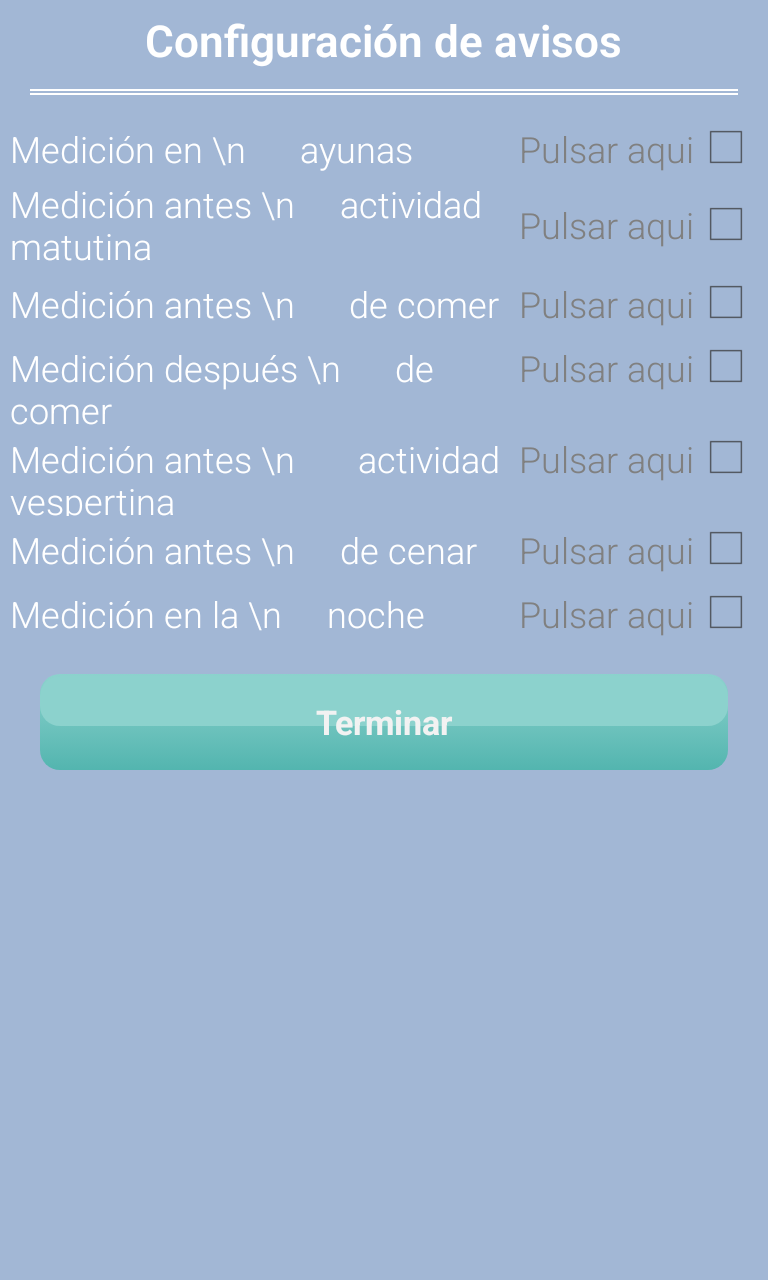
Repository: HectorGarciaMiguel/ssii-diabetes-060036
Layout: SeguimientoDiabetes/res/layout/activity_configuracion4.xml
An editor plug-in stored every save of this project. The layout is shown before and after the next save, followed by the edit.
It is drawn on a 768 x 1280 px phone screen (xhdpi) without system bars, with theme AppTheme; the app's code is not run.

Above is the layout before, as saved 2015-11-20 10:11:21.

### SeguimientoDiabetes/res/layout/activity_configuracion4.xml
<ScrollView xmlns:android="http://schemas.android.com/apk/res/android"
    xmlns:tools="http://schemas.android.com/tools"
    android:layout_width="fill_parent"
    android:layout_height="fill_parent"
    android:orientation="vertical">

    <LinearLayout
    	android:layout_width="fill_parent"
    	android:layout_height="fill_parent"
    	android:orientation="vertical"
    	android:layout_margin="5dp"
    	tools:context=".Configuracion4Activity" >

    <LinearLayout
        android:layout_width="fill_parent"
        android:layout_height="wrap_content"
        android:orientation="horizontal"
        android:gravity="center">

        <TextView
            android:id="@+id/textView1"
            android:layout_width="wrap_content"
            android:layout_height="wrap_content"
            android:text="Configuración de avisos"
            style="@style/RobotoStyleTextViewNegrita" />

    </LinearLayout>

          <View
              android:layout_width="wrap_content"
              android:layout_height="1dp"
              android:layout_marginBottom="1dp"
              android:layout_marginLeft="10dp"
              android:layout_marginRight="10dp"
              android:layout_marginTop="10dp"
              android:background="#FFFFFF" />

          <View
              android:layout_width="wrap_content"
              android:layout_height="1dp"
              android:layout_marginBottom="10dp"
              android:layout_marginLeft="10dp"
              android:layout_marginRight="10dp"
              android:background="#FFFFFF" />

 <TableLayout
        android:shrinkColumns="0"
        android:stretchColumns="1,2,3"
        android:layout_width="wrap_content"
        android:layout_height="wrap_content"
        android:dividerPadding="7dp" >

    <TableRow
        android:layout_width="fill_parent"
        android:layout_height="wrap_content"
        android:layout_gravity="center"
        android:layout_weight="2">

        <TextView
            android:id="@+id/TextView06"
            android:layout_width="wrap_content"
            android:layout_height="wrap_content"
            android:text="Medición en \n      ayunas" />

        <TextView
            android:id="@+id/TextView1"
            android:layout_width="wrap_content"
            android:layout_height="wrap_content"
            android:hint="Pulsar aqui"
            android:inputType="time" />

        <CheckBox
            android:id="@+id/CheckBox06"
            android:layout_width="wrap_content"
            android:layout_height="wrap_content" />
    </TableRow>

    <TableRow
        android:layout_width="fill_parent"
        android:layout_height="wrap_content"
        android:gravity="center" >

        <TextView
            android:id="@+id/TextView05"
            android:layout_width="wrap_content"
            android:layout_height="wrap_content"
            android:text="Medición antes \n     actividad matutina" />

        <TextView
            android:id="@+id/TextView2"
            android:layout_width="wrap_content"
            android:layout_height="wrap_content"
            android:hint="Pulsar aqui"
            android:inputType="time" />

        <CheckBox
            android:id="@+id/CheckBox05"
            android:layout_width="wrap_content"
            android:layout_height="wrap_content" />
    </TableRow>


    <TableRow
        android:layout_width="fill_parent"
        android:layout_height="wrap_content"
        android:layout_gravity="center" >

        <TextView
            android:id="@+id/TextView03"
            android:layout_width="wrap_content"
            android:layout_height="wrap_content"
            android:text="Medición antes \n      de comer" />

       <TextView
           android:id="@+id/TextView3"
           android:layout_width="wrap_content"
           android:layout_height="wrap_content"
           android:hint="Pulsar aqui"
           android:inputType="time" />

        <CheckBox
            android:id="@+id/CheckBox03"
            android:layout_width="wrap_content"
            android:layout_height="wrap_content" />
    </TableRow>

    <TableRow
        android:layout_width="fill_parent"
        android:layout_height="wrap_content"
        android:layout_gravity="center" >

        <TextView
            android:id="@+id/TextView02"
            android:layout_width="wrap_content"
            android:layout_height="wrap_content"
            android:lines="2"
            android:text="Medición después \n      de comer" />

        <TextView
            android:id="@+id/TextView4"
            android:layout_width="wrap_content"
            android:layout_height="wrap_content"
            android:hint="Pulsar aqui"
            android:inputType="time" />

        <CheckBox
            android:id="@+id/CheckBox02"
            android:layout_width="wrap_content"
            android:layout_height="wrap_content" />
    </TableRow>

    <TableRow
        android:layout_width="fill_parent"
        android:layout_height="wrap_content"
        android:layout_gravity="center" >

        <TextView
            android:id="@+id/TextView01"
            android:layout_width="wrap_content"
            android:layout_height="wrap_content"
            android:lines="2"
            android:text="Medición antes \n       actividad vespertina" />

        <TextView
            android:id="@+id/TextView5"
            android:layout_width="wrap_content"
            android:layout_height="wrap_content"
            android:hint="Pulsar aqui"
            android:inputType="time" />

        <CheckBox
            android:id="@+id/CheckBox01"
            android:layout_width="wrap_content"
            android:layout_height="wrap_content" />
    </TableRow>

    <TableRow
        android:layout_width="fill_parent"
        android:layout_height="wrap_content"
        android:layout_gravity="center">

        <TextView
            android:id="@+id/TextView07"
            android:layout_width="wrap_content"
            android:layout_height="wrap_content"
            android:text="Medición antes \n     de cenar" />

        <TextView
            android:id="@+id/TextView6"
            android:layout_width="wrap_content"
            android:layout_height="wrap_content"
            android:hint="Pulsar aqui"
            android:inputType="time" />

        <CheckBox
            android:id="@+id/CheckBox07"
            android:layout_width="wrap_content"
            android:layout_height="wrap_content" />
    </TableRow>

    <TableRow
        android:layout_width="fill_parent"
        android:layout_height="wrap_content"
        android:layout_gravity="center" >

        <TextView
            android:id="@+id/TextView04"
            android:layout_width="wrap_content"
            android:layout_height="wrap_content"
            android:text="Medición en la \n     noche" />

        <TextView
            android:id="@+id/TextView7"
            android:layout_width="wrap_content"
            android:layout_height="wrap_content"
            android:hint="Pulsar aqui"
            android:inputType="time" />

        <CheckBox
            android:id="@+id/CheckBox04"
            android:layout_width="wrap_content"
            android:layout_height="wrap_content" />

    </TableRow>
</TableLayout>

    <LinearLayout
        android:layout_width="fill_parent"
        android:layout_height="0dp"
        android:layout_weight="1">

        <Button
            android:id="@+id/button1"
            style="@style/Boton"
            android:background="@drawable/mibotonverde"
			android:layout_height="wrap_content"
            android:onClick="lanzarTerminar"
            android:text="Terminar" />

    </LinearLayout>

</LinearLayout>
</ScrollView>

### SeguimientoDiabetes/res/drawable/mibotonverde.xml
<?xml version="1.0" encoding="utf-8"?>
<selector xmlns:android="http://schemas.android.com/apk/res/android" >

 <item android:state_pressed="true">
     <layer-list >
       <item >
           <shape android:shape="rectangle">
            <gradient
  				  android:startColor="#104849"
                  android:endColor="#0B393A"
                  android:angle="-90"
                  android:type="linear"
                  />
            <corners android:radius="10dp" />
            </shape>
            </item>
            <item android:top="1dp" android:bottom="22dp" >
 	 <shape android:shape="rectangle">
  				<solid android:color="#104849"/>
              <corners android:radius="10dp" />

            </shape>
      </item>
      </layer-list>
  </item>




<item android:state_focused="true">
     <layer-list >
       <item >
           <shape android:shape="rectangle">
            <gradient
  				  android:startColor="#104849"
                  android:endColor="#0B393A"
                  android:angle="-90"
                  android:type="linear"
                  />
            <corners android:radius="10dp" />
            </shape>
            </item>
            <item android:top="1dp" android:bottom="50px" >
  <shape android:shape="rectangle">
  <solid android:color="#104849"/>
              <corners android:radius="10dp" />

            </shape>
      </item>
      </layer-list>
  </item>







 <item>
     <layer-list >
       <item >
           <shape android:shape="rectangle">
            <gradient
  				  android:startColor="#8CD2CD"
                  android:endColor="#53B5AF"
                  android:angle="-90"
                  android:type="linear"
                  />
			<corners android:radius="10dp" />
			</shape>
        </item>
        <item android:top="1dp" android:bottom="22dp" >
  			<shape android:shape="rectangle">
  			<solid android:color="#8CD2CD"/>
       			<corners android:radius="10dp" />
           </shape>
      </item>
      </layer-list>
  </item>
</selector>

Loaded but not shown: SeguimientoDiabetes/res/values/styles.xml (common file); SeguimientoDiabetes/res/values-v11/styles.xml (common file); SeguimientoDiabetes/res/values-v14/styles.xml (common file)

After the next save:
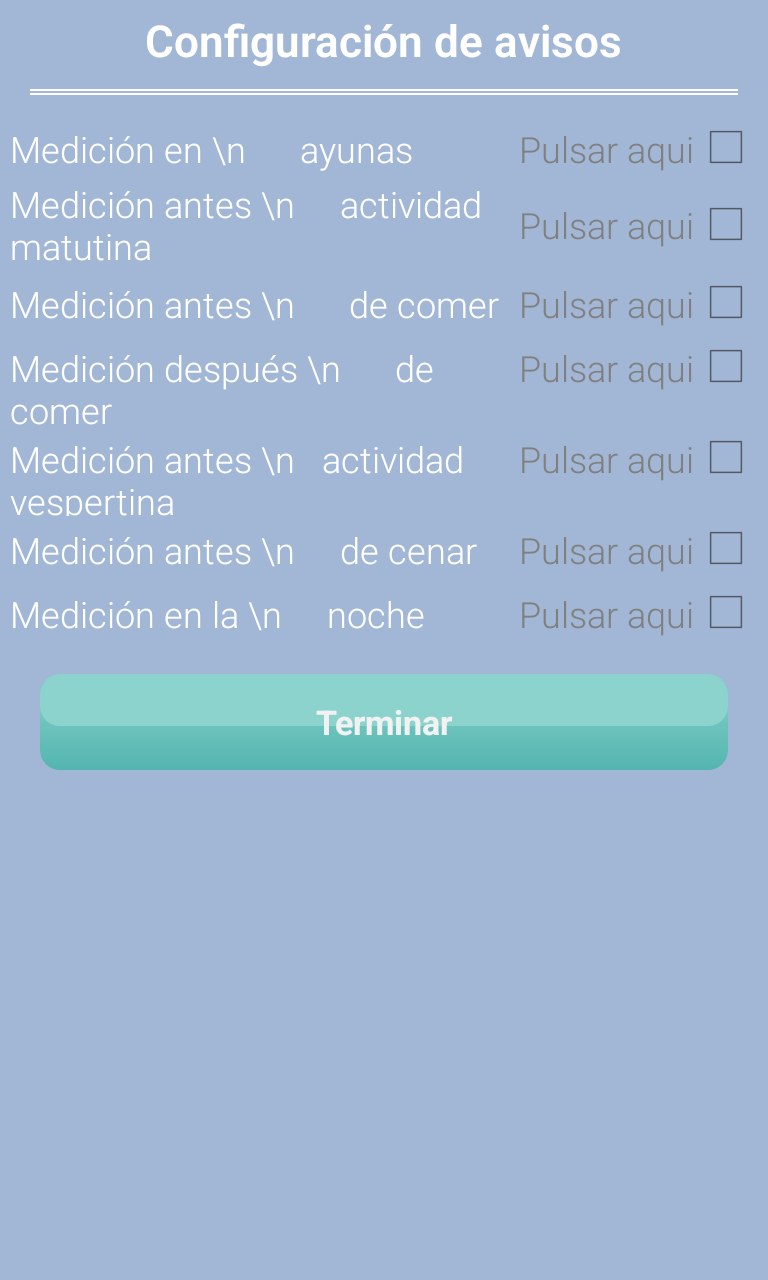
Saved 68 s later.
--- a/SeguimientoDiabetes/res/layout/activity_configuracion4.xml
+++ b/SeguimientoDiabetes/res/layout/activity_configuracion4.xml
@@ -159,7 +159,7 @@
             android:layout_width="wrap_content"
             android:layout_height="wrap_content"
             android:lines="2"
-            android:text="Medición antes \n       actividad vespertina" />
+            android:text="Medición antes \n   actividad vespertina" />
 
         <TextView
             android:id="@+id/TextView5"
